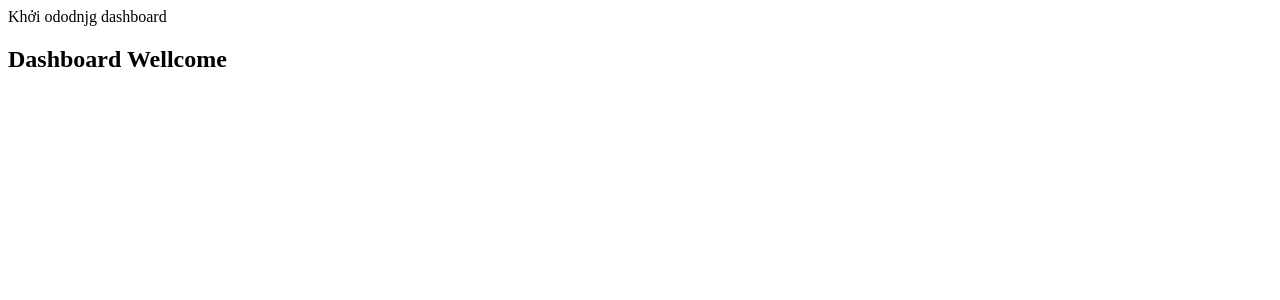
Repository: DongVersion2/laravel-test
Page: http://localhost/admin
These files come from the project's save history. The page is drawn as it stood at one moment and after the next save; the edit follows.
The browser window is 1280 px wide. The pictures show the whole page.
The page is served by the project's Laravel application, run on PHP 8.4 with Laravel 8. Other server files are loaded and not shown.

Above is the page before, as saved 2024-05-03 11:19:14.

### routes/web.php
<?php

use Illuminate\Support\Facades\Route;
// use App\Models\User;
use Illuminate\Http\Request;
// use App\Http\Controllers\HomeController;
use App\Http\Controllers\CategoriesController;
use App\Http\Controllers\Admin\ProductsController;
use App\Http\Controllers\Admin\DashboardController;
use SebastianBergmann\CodeCoverage\Report\Html\Dashboard;

/*
|--------------------------------------------------------------------------
| Web Routes
|--------------------------------------------------------------------------
|
| Here is where you can register web routes for your application. These
| routes are loaded by the RouteServiceProvider within a group which
| contains the "web" middleware group. Now create something great!
|
*/

// Route::get('/', function () {
//     // return view('welcome');
//     return view('home');
// })->name('homes');

//theo kiểu submit form
// Route::get('unicode', function ()
// {
//     return view('form');
// });

// Route::post('unicode', function()
// {
//     return 'phương thức post của path /unicode';
// });

// Route::put('unicode', function()
// {
//     return 'phương thức put của path / unicode';
// });

// Route::delete('unicode', function()
// {
//     return 'phương thức delete của path / unicode';
// });

// Route::patch('unicode', function()
// {
//     return 'phương thức put của patch / unicode';
// });

//nhận nhiều request
// Route::match(['get', 'post'], 'unicode', function()
// {
//    return $_SERVER['REQUEST_METHOD'];
// });

// Route::get('show-form', function()
// {
//    return view('form');
// });

//nhận tất cả các request
// Route::any('unicode', function(Request  $request)
// {
//     return $request->method();
// });

//nhận request và sau đó chuyển hướng path
// Route::redirect('unicode', 'https://laravel.com/');

//nhóm các route lại
// Route::prefix('admin')->group(function ()
// {
//     Route::get('show-form-1', function()
// {
//    return view('form');
// });
// Route::get('show-form-2', function()
// {
//    return view('form');
// });
// });

//route có tham số
//tham số có điều kiện k bắt buộc
// Route::get('tin-tuc/{id?}', function($id=null)
//tham số có điều kiện bắt buộc
// Route::get('tin-tuc/{slug?}-{id?}.html', function ($slug=null, $id=null) {
//     $content = 'nội dung slug ';
//     $content .= 'id = ' . $id . '<br>';
//     $content .= 'slug = ' . $slug;
//     return $content;
//     //valiadate
// })->where('id','[0-9]+')->where('slug', '.+')->name('tintuc');
// // hoặc cách khác
// // })->where(
// //     [
// //         // 'slug' => '[a-z-]+',
// //         'slug' => '.+',
// //         'id' => '[0-9]+'
// //     ]
// // );
// Route::get('show-form', function(){
//     return view('form');
// });

// Route::prefix('products')->middleware('checkpermission')->group(function ()
// {
//     Route::get('/', function()
//     {
//         return 'Danh sách sản phẩm';
//     });
//     Route::get('add', function()
//     {
//         return 'Thêm sản phẩm';
//     });
//     Route::get('edit', function()
//     {
//         return 'Sửa sản phẩm';
//     });
// });

// Route::get('/', 'App\Http\Controllers\HomeController@index')->name('home');

// Route::get('/tin-tuc', 'HomeController@getNews')->name('news');

// Route::get('/chuyen-muc', [HomeController::class, 'getCategories']);

// HẾT BÀI 5




// // database
// Route::get('/test-data', function () {
//     // $user = new User();
//     // $allUser = $user::all();
//     // dd($allUser);
// });


// BẮT ĐẦU BÀI 6
//client routes
Route::prefix('categories')->group(function () {
    //danh sách chuyên mục
    Route::get('/', [CategoriesController::class, 'index'])->name('categories.list');

    //lấy chi tiết 1 chuyên mục (áp dụng show form sửa chuyên mục)
    Route::get('/eidt/{id}', [CategoriesController::class, 'getCategory'])->name('categories.edit');

    //xử lí update chuyên mục
    Route::post('/edit/{id}', [CategoriesController::class, 'updateCategory']);

    //hiện thị form add dữ liệu
    Route::get('/add', [CategoriesController::class, 'addCategory'])->name('categories.add');

    //xử lí thêm chuyên mục
    Route::post('/add', [CategoriesController::class, 'handleAddCategory']);

    //xóa chuyên mục
    Route::delete('/delete/{id}', [CategoriesController::class, 'deleteCategory'])->name('categories.delete');
});


//admin routes
Route::prefix('admin')->group(function () {
    Route::get('', [DashboardController::class, 'index']);
    Route::resource('products', Admin\ProductsController::class);
});

### app/Http/Controllers/Admin/DashboardController.php
<?php

namespace App\Http\Controllers\Admin;

use App\Http\Controllers\Controller;
use Illuminate\Http\Request;

class DashboardController extends Controller
{

    //nếu muốn tác động tới tất cả các action trong controller; luôn luôn tự động chạy đầu tiên
    public function __construct()
    {
        echo 'Khởi ododnjg dashboard';
    }
    public function index()
    {
        return '<h2>Dashboard Wellcome</h2>';
    }
}

Loaded but not shown: app/Http/Controllers/Controller.php (common file)

After the next save:
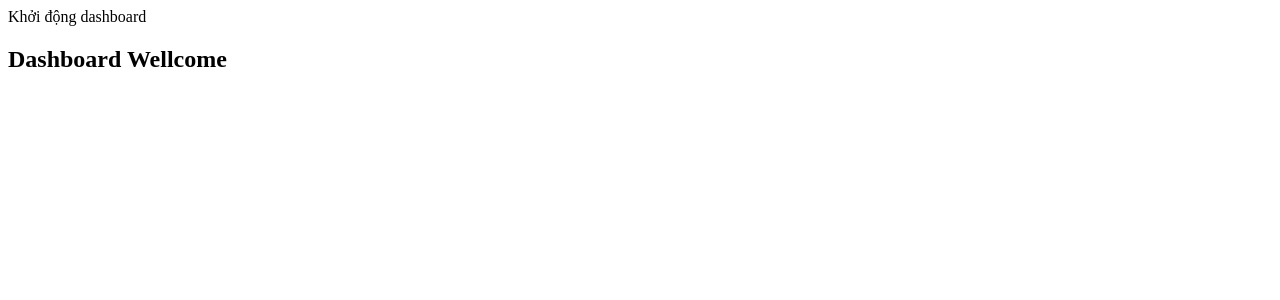
Saved 8 s later.
--- a/app/Http/Controllers/Admin/DashboardController.php
+++ b/app/Http/Controllers/Admin/DashboardController.php
@@ -11,7 +11,7 @@ class DashboardController extends Controller
     //nếu muốn tác động tới tất cả các action trong controller; luôn luôn tự động chạy đầu tiên
     public function __construct()
     {
-        echo 'Khởi ododnjg dashboard';
+        echo 'Khởi động dashboard';
     }
     public function index()
     {
